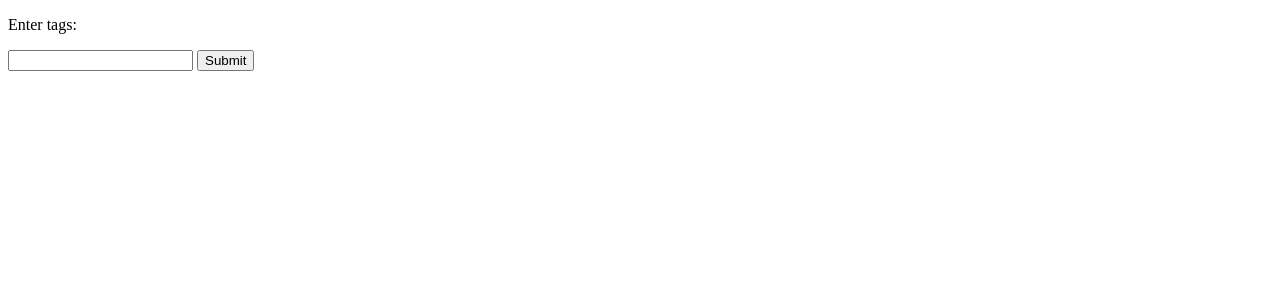
Repository: zhanivanov/PHP_Basics_Course_Homework
Page: http://localhost/2.MostFreqTag/MostFreqTag.php
The author's editor kept a copy of each file at every save. The page is drawn from the files as they stood at one save, then again after the next save.
The browser window is 1280 px wide. The pictures show the whole page.
The page is run by PHP 8.4 with error messages shown; the project is at /var/www/html/.

Above is the page before, as saved 2014-08-20 13:24:10.

### PHP_Working_With_Forms/2.MostFreqTag/MostFreqTag.php

<!DOCTYPE html>
<html>
    <head>
        <title>
            Print Tags
        </title>
    </head>
    <body>
        <form method="get" accept-charset="utf-8">
            <div id="outer">
              <p>Enter tags:</p>
              <input type="text" name="text-field"/>
              <input type="submit" name="submit"/>
            </div>
        </form>
    </body>
</html>



<?php
if(isset($_GET['text-field'])){
    $array = preg_split("/, /", $_GET['text-field']);
    $counter = 0;
    $counts = array_count_values($array);
    arsort($counts);
    foreach($counts as $key=>$value){
        echo "$key : $value times <br>";
    }
}

?>

After the next save:
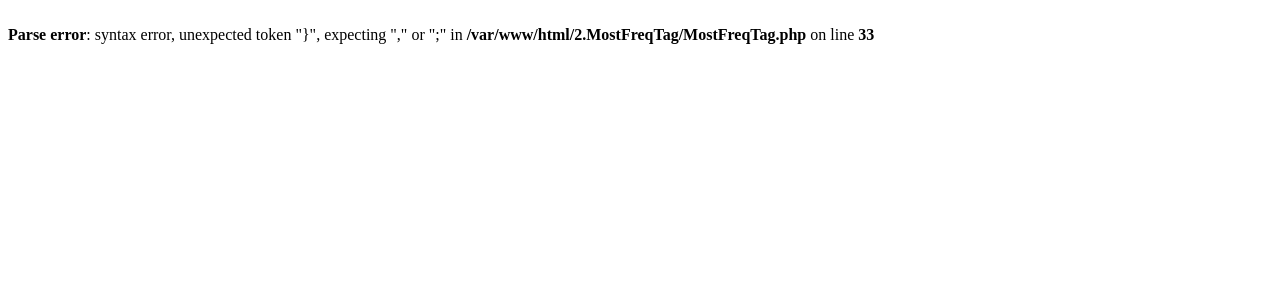
Saved 2 min 10 s later.
--- a/PHP_Working_With_Forms/2.MostFreqTag/MostFreqTag.php
+++ b/PHP_Working_With_Forms/2.MostFreqTag/MostFreqTag.php
@@ -24,10 +24,12 @@
     $array = preg_split("/, /", $_GET['text-field']);
     $counter = 0;
     $counts = array_count_values($array);
+    $val = array_search(max($counts), $counts);
     arsort($counts);
     foreach($counts as $key=>$value){
         echo "$key : $value times <br>";
     }
+    echo "Most Frequent Tag is: $val"
 }
 
 ?>

After the save that followed:
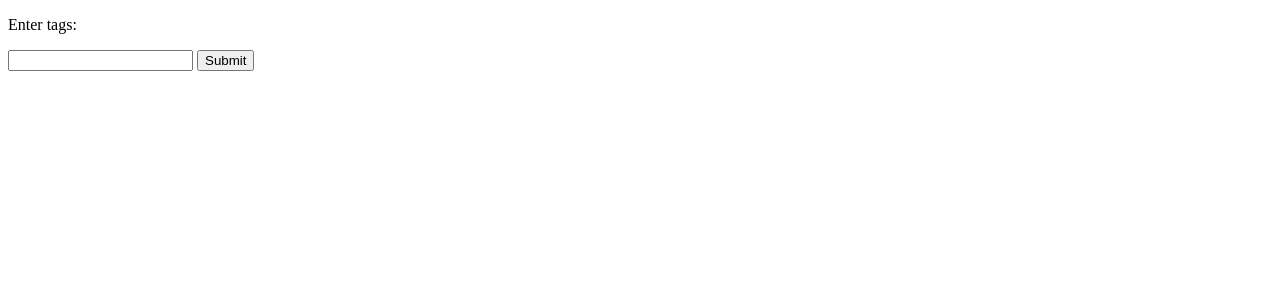
Saved 23 s later.
--- a/PHP_Working_With_Forms/2.MostFreqTag/MostFreqTag.php
+++ b/PHP_Working_With_Forms/2.MostFreqTag/MostFreqTag.php
@@ -29,7 +29,7 @@
     foreach($counts as $key=>$value){
         echo "$key : $value times <br>";
     }
-    echo "Most Frequent Tag is: $val"
+    echo "Most Frequent Tag is: $val";
 }
 
 ?>
